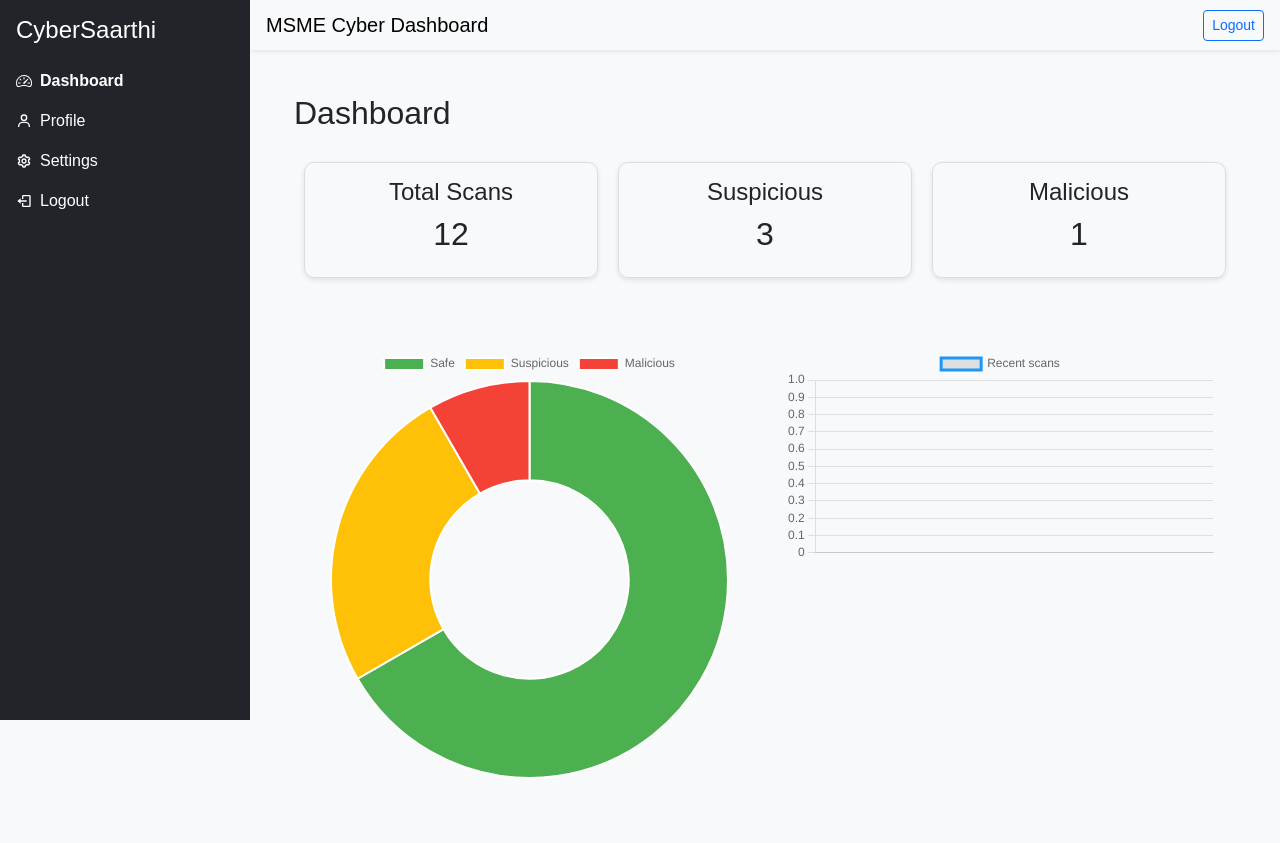
Repository: riyaaaa19/CyberSaarthi
Page: / (app in frontend/)
These files come from the project's save history. The page is drawn as it stood at one moment and after the next save; the edit follows.
The browser window is 1280 px wide. The pictures show the whole page.
The page's requests for data from a server got no answer. The project was rebuilt for these pictures with package versions that can differ from the ones it lists, and the page was loaded fresh each time. No one was signed in, and anything a server would have sent is missing. Also part of the build but not shown: frontend/vite.config.ts, frontend/src/pages/Invoice.js, frontend/src/pages/Reports.js, frontend/src/pages/Settings.js.

Above is the page before, as saved 2025-08-20 23:25:25.

### frontend/src/index.js
import React from "react";
import ReactDOM from "react-dom/client";
import App from "./App";
import "bootstrap/dist/css/bootstrap.min.css";
import "./styles/style.css";

const root = ReactDOM.createRoot(document.getElementById("root"));
root.render(<App />);

### frontend/src/App.js
import React from "react";
import { BrowserRouter as Router, Routes, Route, Navigate } from "react-router-dom";
import Sidebar from "./components/Sidebar";
import Navbar from "./components/Navbar";
import Dashboard from "./pages/Dashboard";
import Invoice from "./pages/Invoice";
import Reports from "./pages/Reports";
import Settings from "./pages/Settings";

function App() {
  return (
    <Router>
      <div className="d-flex">
        <Sidebar />
        <div className="flex-grow-1">
          <Navbar />
          <div className="p-4">
            <Routes>
              <Route path="/" element={<Navigate to="/dashboard" />} />
              <Route path="/dashboard" element={<Dashboard />} />
              <Route path="/invoice" element={<Invoice />} />
              <Route path="/reports" element={<Reports />} />
              <Route path="/settings" element={<Settings />} />
            </Routes>
          </div>
        </div>
      </div>
    </Router>
  );
}

export default App;

### frontend/src/styles/style.css
body {
  font-family: 'Poppins', sans-serif;
  background: #f8f9fa;
}
.sidebar {
  width: 250px;
  background: #fff;
  min-height: 100vh;
}
.nav-link.active {
  background-color: #0d6efd !important;
  color: #fff !important;
}

### frontend/src/components/Sidebar.js
import React from "react";
import { Link, useLocation } from "react-router-dom";

// Import correct icons
import { BsSpeedometer2 } from "react-icons/bs";   // Bootstrap speedometer
import { BiUser, BiCog, BiLogOut } from "react-icons/bi"; // Boxicons

function Sidebar() {
  const location = useLocation();

  return (
    <div className="sidebar bg-dark text-white p-3 vh-100">
      <h4 className="mb-4">CyberSaarthi</h4>
      <ul className="list-unstyled">
        <li className="mb-3">
          <Link
            to="/dashboard"
            className={`text-white text-decoration-none d-flex align-items-center ${
              location.pathname === "/dashboard" ? "fw-bold" : ""
            }`}
          >
            <BsSpeedometer2 className="me-2" />
            Dashboard
          </Link>
        </li>
        <li className="mb-3">
          <Link
            to="/profile"
            className={`text-white text-decoration-none d-flex align-items-center ${
              location.pathname === "/profile" ? "fw-bold" : ""
            }`}
          >
            <BiUser className="me-2" />
            Profile
          </Link>
        </li>
        <li className="mb-3">
          <Link
            to="/settings"
            className={`text-white text-decoration-none d-flex align-items-center ${
              location.pathname === "/settings" ? "fw-bold" : ""
            }`}
          >
            <BiCog className="me-2" />
            Settings
          </Link>
        </li>
        <li>
          <Link
            to="/logout"
            className="text-white text-decoration-none d-flex align-items-center"
          >
            <BiLogOut className="me-2" />
            Logout
          </Link>
        </li>
      </ul>
    </div>
  );
}

export default Sidebar;

### frontend/src/components/Navbar.js
import React from "react";

function Navbar() {
  return (
    <nav className="navbar navbar-light bg-light px-3 shadow-sm">
      <span className="navbar-brand mb-0 h5">MSME Cyber Dashboard</span>
      <button className="btn btn-sm btn-outline-primary">Logout</button>
    </nav>
  );
}

export default Navbar;

### frontend/src/pages/Dashboard.js
import React, { useEffect, useState } from "react";
import { getHistory } from "../services/api";
import { Chart as ChartJS, ArcElement, Tooltip, Legend, LineElement, CategoryScale, LinearScale, PointElement } from "chart.js";
import { Doughnut, Line } from "react-chartjs-2";

ChartJS.register(ArcElement, Tooltip, Legend, LineElement, CategoryScale, LinearScale, PointElement);

function Dashboard() {
  const [history, setHistory] = useState([]);
  const [summary, setSummary] = useState({safe:0,suspicious:0,malicious:0, total:0});

  useEffect(() => {
    getHistory(50,0).then((page) => {
      const items = page.items || [];
      setHistory(items);
      const counts = { SAFE:0, SUSPICIOUS:0, MALICIOUS:0 };
      items.forEach(it => counts[it.verdict] = (counts[it.verdict]||0) + 1);
      setSummary({
        safe: counts.SAFE || 0,
        suspicious: counts.SUSPICIOUS || 0,
        malicious: counts.MALICIOUS || 0,
        total: items.length
      });
    }).catch(() => {
      setSummary({safe:8,suspicious:3,malicious:1,total:12});
    });
  }, []);

  const doughnutData = {
    labels: ["Safe","Suspicious","Malicious"],
    datasets: [{ data: [summary.safe, summary.suspicious, summary.malicious], backgroundColor:["#4caf50","#ffc107","#f44336"] }]
  };

  const lineData = {
    labels: history.slice(0,7).map(h => new Date(h.created_at).toLocaleDateString()),
    datasets: [{ data: history.slice(0,7).map((h,i) => i+1), label: "Recent scans", borderColor:"#2196f3" }]
  };

  const cardStyle = { flex:1, margin:"10px", padding:"15px", border:"1px solid #ddd", borderRadius:"10px", boxShadow:"0 2px 5px rgba(0,0,0,0.1)", textAlign:"center" };

  return (
    <div style={{ padding:"20px" }}>
      <h2>Dashboard</h2>
      <div style={{ display:"flex", justifyContent:"space-around", marginTop:"20px" }}>
        <div style={cardStyle}>
          <h4>Total Scans</h4>
          <h2>{summary.total}</h2>
        </div>
        <div style={cardStyle}>
          <h4>Suspicious</h4>
          <h2>{summary.suspicious}</h2>
        </div>
        <div style={cardStyle}>
          <h4>Malicious</h4>
          <h2>{summary.malicious}</h2>
        </div>
      </div>

      <div style={{ display:"flex", marginTop:"40px" }}>
        <div style={{ flex:1, padding:"20px" }}>
          <Doughnut data={doughnutData} />
        </div>
        <div style={{ flex:1, padding:"20px" }}>
          <Line data={lineData} />
        </div>
      </div>
    </div>
  );
}

export default Dashboard;

### frontend/src/services/api.js
const DEFAULT_API_BASE = window.localStorage.getItem('API_BASE') || "http://localhost:8000";
const API_BASE = DEFAULT_API_BASE.replace(/\/$/, "");
const V1 = "/v1";

function getApiKeyHeader() {
  const key = window.localStorage.getItem('API_KEY');
  return key ? { "x-api-key": key } : {};
}

async function handleResp(res) {
  const contentType = res.headers.get('content-type') || '';
  if (!res.ok) {
    let text = await res.text();
    try { text = JSON.parse(text); } catch(e){}
    throw new Error(text.detail || text || 'Request failed');
  }
  if (contentType.includes('application/json')) return res.json();
  return res.text();
}

export async function healthCheck() {
  const res = await fetch(`${API_BASE}${V1}/reports/health`, { headers: getApiKeyHeader() });
  return handleResp(res);
}

export async function getHistory(limit=20, offset=0) {
  const url = new URL(`${API_BASE}${V1}/reports/history`);
  url.searchParams.set('limit', limit);
  url.searchParams.set('offset', offset);
  const res = await fetch(url.toString(), { headers: getApiKeyHeader() });
  return handleResp(res);
}

export async function scanEmail(emailText, lang="en") {
  const body = { email_text: emailText, lang };
  const res = await fetch(`${API_BASE}${V1}/scan/email`, {
    method: 'POST',
    headers: { "Content-Type": "application/json", ...getApiKeyHeader() },
    body: JSON.stringify(body),
  });
  return handleResp(res);
}

export async function scanInvoiceText(invoiceText, lang="en") {
  const body = { invoice_text: invoiceText, lang };
  const res = await fetch(`${API_BASE}${V1}/scan/invoice`, {
    method: 'POST',
    headers: { "Content-Type": "application/json", ...getApiKeyHeader() },
    body: JSON.stringify(body),
  });
  return handleResp(res);
}

export async function uploadInvoiceFile(file) {
  const formData = new FormData();
  formData.append("file", file);
  const res = await fetch(`${API_BASE}${V1}/scan/invoice/upload`, {
    method: "POST",
    headers: getApiKeyHeader(),
    body: formData
  });
  return handleResp(res);
}

export function setRuntimeConfig({ apiBase, apiKey }) {
  if (apiBase !== undefined) window.localStorage.setItem('API_BASE', apiBase);
  if (apiKey !== undefined) {
    if (apiKey === "" || apiKey === null) window.localStorage.removeItem('API_KEY');
    else window.localStorage.setItem('API_KEY', apiKey);
  }
}

export { API_BASE };

### frontend/src/i18n.js
const MESSAGES = {
  en: {
    "email.safe": "Email appears safe.",
    "email.susp": "Suspicious indicators found (possible phishing).",
    "email.mal": "High-risk indicators found (likely phishing).",
    "invoice.safe": "Invoice looks consistent.",
    "invoice.susp": "Suspicious invoice indicators found.",
    "invoice.mal": "Likely fraudulent invoice detected.",
    "settings.title": "Settings",
    "settings.apiBase": "API Base URL",
    "settings.apiKey": "API Key (x-api-key header)",
    "settings.save": "Save",
    "invoice.upload": "Upload invoice file (PDF/image)",
    "invoice.paste": "Or paste invoice text",
    "invoice.scanText": "Scan Text",
    "reports.title": "Threat Reports",
    "dashboard.title": "Dashboard",
  },
  hi: {
    "email.safe": "ईमेल सुरक्षित प्रतीत होता है।",
    "email.susp": "संदिग्ध संकेत मिले (संभावित फ़िशिंग)।",
    "email.mal": "उच्च जोखिम संकेत (संभावित फ़िशिंग)।",
    "invoice.safe": "इनवॉइस सही लगता है।",
    "invoice.susp": "इनवॉइस में संदिग्ध संकेत मिले।",
    "invoice.mal": "संभावित धोखाधड़ी वाला इनवॉइस।",
    "settings.title": "सेटिंग्स",
    "settings.apiBase": "API बेस URL",
    "settings.apiKey": "API कुंजी (x-api-key हेडर)",
    "settings.save": "सहेजें",
    "invoice.upload": "इनवॉइस फ़ाइल अपलोड करें (PDF/इमेज)",
    "invoice.paste": "या इनवॉइस टेक्स्ट पेस्ट करें",
    "invoice.scanText": "टेक्स्ट स्कैन करें",
    "reports.title": "खतरा रिपोर्ट",
    "dashboard.title": "डैशबोर्ड",
  }
};

// Helper to get message
export function t(key) {
  const lang = window.localStorage.getItem("LANG") || "en";
  return MESSAGES[lang]?.[key] || key;
}

// Change language at runtime
export function setLang(lang) {
  window.localStorage.setItem("LANG", lang);
  window.location.reload();
}

Loaded but not shown: frontend/public/index.html (common file)

After the next save:
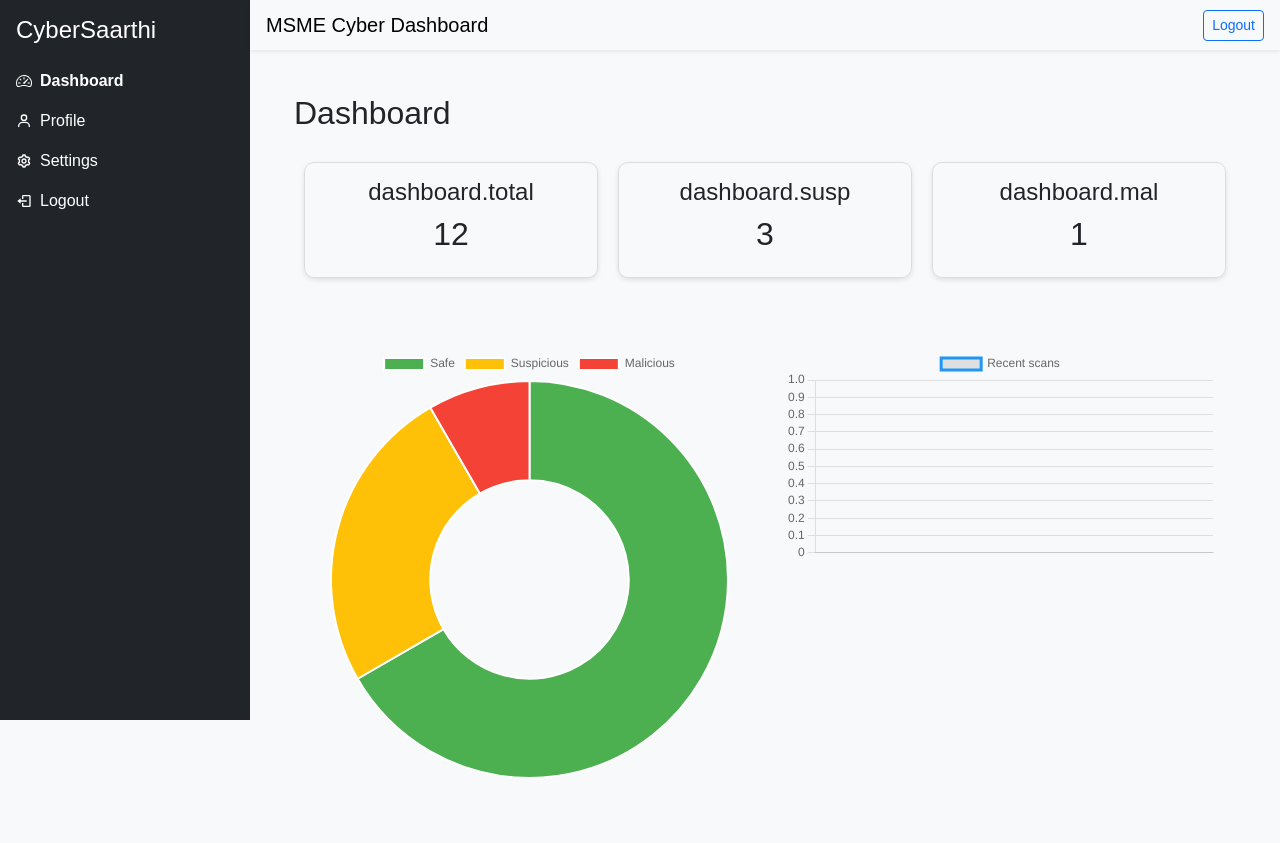
Saved 13 s later.
--- a/frontend/src/pages/Dashboard.js
+++ b/frontend/src/pages/Dashboard.js
@@ -1,5 +1,6 @@
 import React, { useEffect, useState } from "react";
 import { getHistory } from "../services/api";
+import { t } from "../i18n";
 import { Chart as ChartJS, ArcElement, Tooltip, Legend, LineElement, CategoryScale, LinearScale, PointElement } from "chart.js";
 import { Doughnut, Line } from "react-chartjs-2";
 
@@ -40,18 +41,18 @@ function Dashboard() {
 
   return (
     <div style={{ padding:"20px" }}>
-      <h2>Dashboard</h2>
+      <h2>{t("dashboard.title")}</h2>
       <div style={{ display:"flex", justifyContent:"space-around", marginTop:"20px" }}>
         <div style={cardStyle}>
-          <h4>Total Scans</h4>
+          <h4>{t("dashboard.total")}</h4>
           <h2>{summary.total}</h2>
         </div>
         <div style={cardStyle}>
-          <h4>Suspicious</h4>
+          <h4>{t("dashboard.susp")}</h4>
           <h2>{summary.suspicious}</h2>
         </div>
         <div style={cardStyle}>
-          <h4>Malicious</h4>
+          <h4>{t("dashboard.mal")}</h4>
           <h2>{summary.malicious}</h2>
         </div>
       </div>

After the 2 saves that followed:
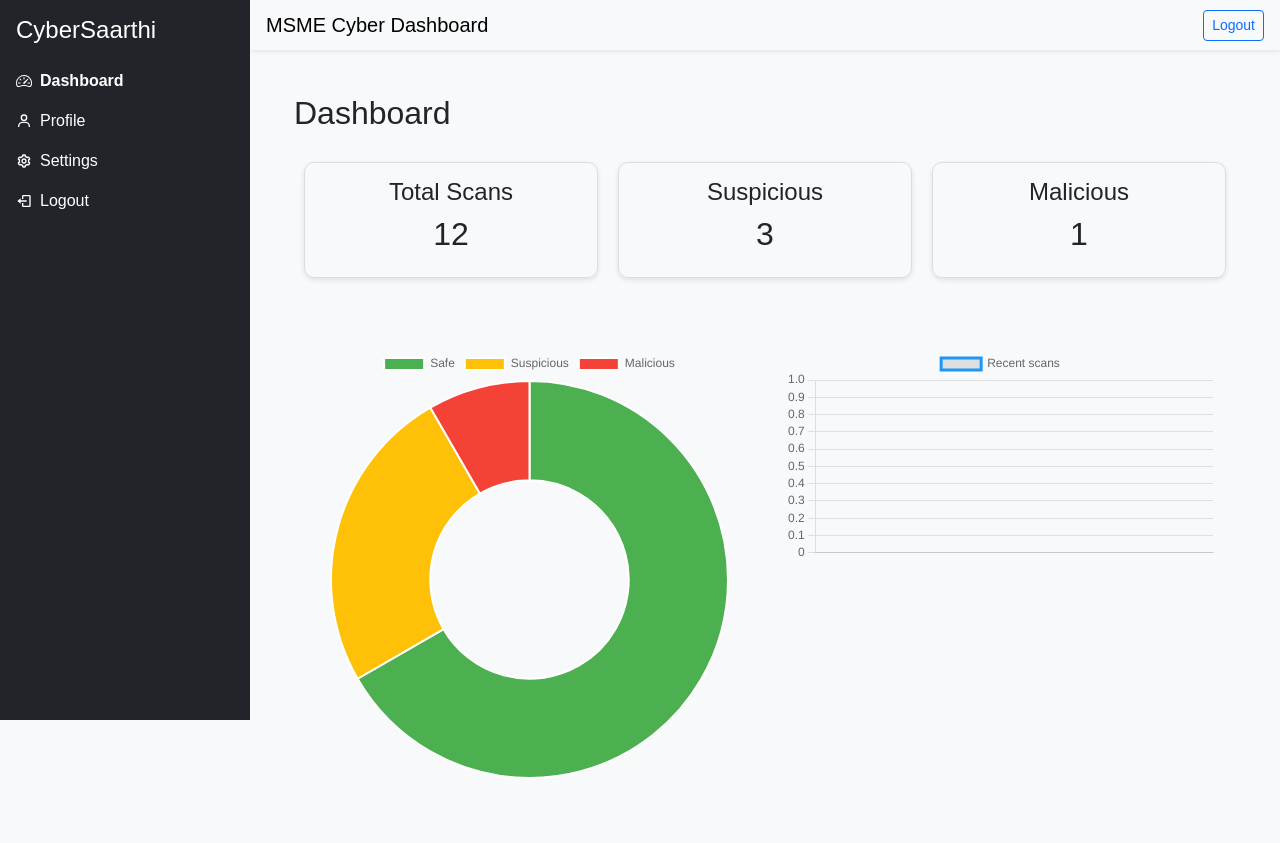
The 2 saves are shown as one change because 1 left the picture as it was.
The last was saved 26 s later.
--- a/frontend/src/services/api.js
+++ b/frontend/src/services/api.js
@@ -16,11 +16,6 @@ async function handleResp(res) {
   }
   if (contentType.includes('application/json')) return res.json();
   return res.text();
-}
-
-export async function healthCheck() {
-  const res = await fetch(`${API_BASE}${V1}/reports/health`, { headers: getApiKeyHeader() });
-  return handleResp(res);
 }
 
 export async function getHistory(limit=20, offset=0) {
--- a/frontend/src/i18n.js
+++ b/frontend/src/i18n.js
@@ -10,11 +10,15 @@ const MESSAGES = {
     "settings.apiBase": "API Base URL",
     "settings.apiKey": "API Key (x-api-key header)",
     "settings.save": "Save",
+    "settings.lang": "Language",
     "invoice.upload": "Upload invoice file (PDF/image)",
     "invoice.paste": "Or paste invoice text",
     "invoice.scanText": "Scan Text",
     "reports.title": "Threat Reports",
     "dashboard.title": "Dashboard",
+    "dashboard.total": "Total Scans",
+    "dashboard.susp": "Suspicious",
+    "dashboard.mal": "Malicious",
   },
   hi: {
     "email.safe": "ईमेल सुरक्षित प्रतीत होता है।",
@@ -27,21 +31,23 @@ const MESSAGES = {
     "settings.apiBase": "API बेस URL",
     "settings.apiKey": "API कुंजी (x-api-key हेडर)",
     "settings.save": "सहेजें",
+    "settings.lang": "भाषा",
     "invoice.upload": "इनवॉइस फ़ाइल अपलोड करें (PDF/इमेज)",
     "invoice.paste": "या इनवॉइस टेक्स्ट पेस्ट करें",
     "invoice.scanText": "टेक्स्ट स्कैन करें",
     "reports.title": "खतरा रिपोर्ट",
     "dashboard.title": "डैशबोर्ड",
+    "dashboard.total": "कुल स्कैन",
+    "dashboard.susp": "संदिग्ध",
+    "dashboard.mal": "हानिकारक",
   }
 };
 
-// Helper to get message
 export function t(key) {
   const lang = window.localStorage.getItem("LANG") || "en";
   return MESSAGES[lang]?.[key] || key;
 }
 
-// Change language at runtime
 export function setLang(lang) {
   window.localStorage.setItem("LANG", lang);
   window.location.reload();
